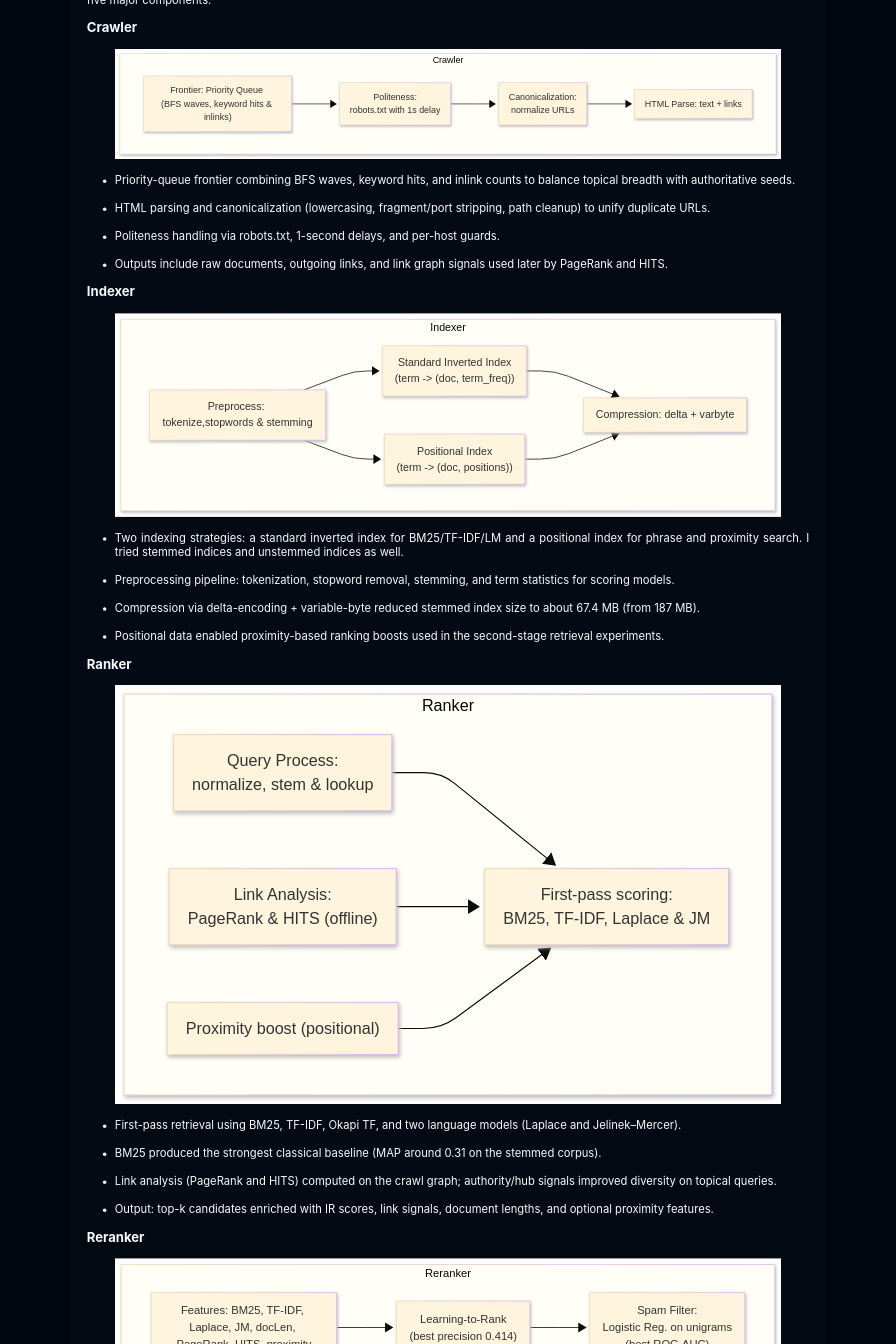
Repository: Abdulaziz-04/Abdulaziz-04.github.io
Page: deepdives/backend_systems/search_engine/search_engine.html
The author's editor kept a copy of each file at every save. The page is drawn from the files as they stood at one save, then again after the next save.
The browser window is 1280 px wide. The pictures show the part of the page from y = 1589 to 3509 px (the page is 6302 px tall before and 6322 px after), at 70% of full size.
A picture or video elsewhere on the page could not be fetched, so the positions and the page height are approximate.

Above is the page before, as saved 2025-11-21 21:09:09.

### deepdives/backend_systems/search_engine/search_engine.html
<!DOCTYPE html>
<html lang="en">
  <head>
    <meta charset="UTF-8" />
    <meta name="viewport" content="width=device-width, initial-scale=1" />
    <title>Full-Stack Search Engine: Crawl, Index, Rank, and Rerank</title>
    <link rel="stylesheet" href="../../../assets/css/styles.css" />
  </head>

  <body class="project-detail-page">
    <header class="detail-hero">
      <a class="category-back" href="../../../projects/backend_systems.html">
        &larr; Back to Projects
      </a>

      <p
        class="category-pill"
        onclick="window.location.href='../../../projects/backend_systems.html'"
      >
        Backend &amp; Distributed Logic
      </p>
      <br />

      <h1>Full-Stack Search Engine: Crawl, Index, Rank, and Rerank</h1>

      <p class="detail-summary">
        <b>
          Built an end-to-end search engine over a nuclear-safety corpus: custom
          crawler, compressed inverted indexes, classic IR ranking
          (TF-IDF/BM25/LM), graph algorithms (PageRank/HITS), vertical search UI
          with manual assessments, learning-to-rank, and ML-powered spam
          filtering.
        </b>
      </p>

      <p class="detail-summary">
        Part of CS 6200 Information Retrieval course at Northeastern: starting
        with baseline ranking, adding compression and proximity search, building
        a focused crawler, applying link analysis, running a vertical search
        assessment interface, experimenting with learning-to-rank, and closing
        with ML-based spam classification.
      </p>

      <ul class="detail-meta">
        <li>
          <strong>Tech Stack:</strong>
          Python, ElasticSearch, NumPy, scikit-learn, pandas, BeautifulSoup,
          multi-threading, custom inverted index storage
        </li>
      </ul>
    </header>

    <main class="section detail-content">
      <!-- HERO IMAGE -->
      <section class="detail-section detail-hero-gif">
        <figure class="gallery-item gallery-item--wide" style="max-width: none">
          <img
            src="./images/high_level.svg"
            alt="System architecture: crawler → indexer → ranker → reranker → UI"
            style="
              display: block;
              margin: 0 auto;
              width: 100%;
              max-width: 100%;
              height: auto;
            "
          />
          <figcaption style="text-align: center">
            High-level System Architecture
          </figcaption>
        </figure>
      </section>

      <!-- QUICK INSIGHTS -->
      <section class="detail-section">
        <h2>Quick insights</h2>
        <ul class="psr-list">
          <li>
            <strong>Goal:</strong>
            Build a demonstrable, end-to-end search stack covering crawling,
            indexing, ranking, evaluation, and ML reranking.
          </li>
          <br />
          <li>
            <strong>A1 – Baseline Ranking:</strong> Implemented TF-IDF,
            Okapi-TF, BM25, and two Language Models (Laplace, Jelinek-Mercer) on
            a stemmed corpus from scratch. <br /><br />
            <b>Key metric:</b> BM25 Mean Average Precision ≈ <b>0.31</b> based
            on trec_eval.
          </li>
          <br />
          <li>
            <strong>A2 – Index Compression &amp; Proximity:</strong> Built
            compressed inverted indexes and positional lists to enable
            phrase/proximity search. <br /><br />
            <b>Key metric:</b> Compressed index size <b>67.4&nbsp;MB</b> (down
            from 187&nbsp;MB).
          </li>
          <br />
          <li>
            <strong>A3 – Focused Crawler:</strong> Multi-threaded Priority-queue
            frontier expanding based on BFS algorithm, keyword hits, and inlink
            counts with full canonicalization and politeness. <br /><br />
            <b>Key metric:</b>
            The topic of crawling was Nuclear accidents covering different
            incidents such as Hiroshima-Nagasaki, Three-mile island, Kshytm
            disaster.
            <br />
            Collected over 160,000 documents with robots.txt compliance and a
            1-second inter-request delay.
          </li>
          <br />
          <li>
            <strong>A4 – Link Analysis:</strong> Computed PageRank and HITS over
            the custom crawled dataset to add authority/hub signals for
            reranking and getting better search results. <br />
            <br />
            <b>Key metric:</b> Convergence verified via
            <b>Shannon-entropy</b> stabilization across iterations.
          </li>
          <br />
          <li>
            <strong>A5 – Vertical Search UI &amp; Labels:</strong> Built an
            assessment interface for nuclear event queries with 3-point
            relevance judgments (0/1/2). <br />
            <br />
            <b>Key metric:</b> Collected <b>graded labels</b> enabling
            trec_eval-style scoring and LTR training.
          </li>
          <br />
          <li>
            <strong>A6 – Learning-to-Rank:</strong> Trained on features from
            five IR models plus document length; evaluated on held-out queries.
            <br />
            <br />
            <b>Key metric:</b> Best test precision <b>0.414</b>.
          </li>
          <br />
          <li>
            <strong>A7 – Spam Classification:</strong> Compared manual lexicon
            features vs full unigrams using Logistic Regression, Decision Tree,
            and Multinomial NB. <br />
            <br />
            <b>Key metric:</b> Highest <b>ROC-AUC</b> with Logistic Regression
            on <b>unigrams</b>.
          </li>
        </ul>
      </section>
      <!-- SYSTEM OVERVIEW (Merged + De-duplicated) -->
      <section class="detail-section detail-overview">
        <h2>System overview</h2>
        <p>
          The system is a full retrieval pipeline built across seven assignments
          starting with traditional ranking models, adding indexing and
          proximity search, introducing a focused crawler with link analysis,
          finishing with a vertical search interface, learning-to-rank, and spam
          filtering. This section consolidates both the system architecture and
          the design choices behind each stage, structured cleanly across its
          five major components.
        </p>

        <!-- CRAWLER -->
        <h3>Crawler</h3>
        <figure class="gallery-item gallery-item--wide">
          <img src="./images/crawler.svg" alt="Focused crawler architecture" />
        </figure>
        <ul>
          <li>
            Priority-queue frontier combining BFS waves, keyword hits, and
            inlink counts to balance topical breadth with authoritative seeds.
          </li>
          <br />
          <li>
            HTML parsing and canonicalization (lowercasing, fragment/port
            stripping, path cleanup) to unify duplicate URLs.
          </li>
          <br />
          <li>
            Politeness handling via robots.txt, 1-second delays, and per-host
            guards.
          </li>
          <br />
          <li>
            Outputs include raw documents, outgoing links, and link graph
            signals used later by PageRank and HITS.
          </li>
        </ul>

        <!-- INDEXER -->
        <h3>Indexer</h3>
        <figure class="gallery-item gallery-item--wide">
          <img
            src="./images/indexer.svg"
            alt="Indexer architecture with standard and positional indexes"
          />
        </figure>
        <ul>
          <li>
            Two indexing strategies: a standard inverted index for
            BM25/TF-IDF/LM and a positional index for phrase and proximity
            search. I tried stemmed indices and unstemmed indices as well.
          </li>
          <br />
          <li>
            Preprocessing pipeline: tokenization, stopword removal, stemming,
            and term statistics for scoring models.
          </li>
          <br />
          <li>
            Compression via delta-encoding + variable-byte reduced stemmed index
            size to about 67.4 MB (from 187 MB).
          </li>
          <br />
          <li>
            Positional data enabled proximity-based ranking boosts used in the
            second-stage retrieval experiments.
          </li>
        </ul>

        <!-- RANKER -->
        <h3>Ranker</h3>
        <figure class="gallery-item gallery-item--wide">
          <img
            src="./images/ranker.svg"
            alt="Ranking stage including BM25, LM, proximity, PageRank/HITS"
          />
        </figure>
        <ul>
          <li>
            First-pass retrieval using BM25, TF-IDF, Okapi TF, and two language
            models (Laplace and Jelinek–Mercer).
          </li>
          <br />
          <li>
            BM25 produced the strongest classical baseline (MAP around 0.31 on
            the stemmed corpus).
          </li>
          <br />
          <li>
            Link analysis (PageRank and HITS) computed on the crawl graph;
            authority/hub signals improved diversity on topical queries.
          </li>
          <br />
          <li>
            Output: top-k candidates enriched with IR scores, link signals,
            document lengths, and optional proximity features.
          </li>
        </ul>

        <!-- RERANKER -->
        <h3>Reranker</h3>
        <figure class="gallery-item gallery-item--wide">
          <img
            src="./images/reranker.svg"
            alt="Learning-to-rank and spam filtering architecture"
          />
        </figure>
        <ul>
          <li>
            Learning-to-rank experiments used combined IR features (BM25,
            TF-IDF, LM scores), link features (PageRank/HITS), and document
            length.
          </li>
          <br />
          <li>
            Best precision reached ≈0.414 on held-out queries after tuning and
            evaluation through the vertical search judgments.
          </li>
          <br />
          <li>
            Spam filtering with unigrams and heuristics compared Logistic
            Regression, Decision Trees, and Multinomial NB. Logistic Regression
            with full unigrams achieved the strongest ROC-AUC.
          </li>
        </ul>

        <!-- SEARCH UI -->
        <h3>Search engine UI</h3>
        <figure class="gallery-item gallery-item--wide">
          <img
            src="./images/ui.svg"
            alt="Search UI for nuclear-accident retrieval"
          />
        </figure>
        <ul>
          <li>
            Vertical search interface allowed labeling results on a 0/1/2
            relevance scale where 0 is the most relevant, feeding a
            trec_eval-like loop for Mean Average Precision (MAP), Precision@K,
            and nDCG (Normalized Discounted Cumulative Gain) analysis.
          </li>
          <br />
          <li>
            Snippets displayed BM25 scores, titles, and highlighted query terms
            to support manual assessments.
          </li>
          <br />
          <li>
            Labeled data powered the learning-to-rank stage, serving as the
            bridge between classical retrieval and machine-learning reranking.
          </li>
        </ul>
      </section>

      <!-- RESPONSE EXAMPLES GALLERY -->
      <section class="detail-section detail-gallery">
        <h2>Sample outputs</h2>
        <div class="gallery-row gallery-row--two">
          <figure class="gallery-item">
            <a href="./images/search-results-placeholder.png" target="_blank">
              <img
                src="./images/search-results-placeholder.png"
                alt="Search results list with highlights and BM25 scores"
              />
            </a>
            <figcaption>
              BM25-ranked results with snippet highlights and scores.
            </figcaption>
          </figure>

          <figure class="gallery-item">
            <a href="./images/index-stats-placeholder.png" target="_blank">
              <img
                src="./images/index-stats-placeholder.png"
                alt="Index size comparison: compressed vs decompressed"
              />
            </a>
            <figcaption>
              Index size and proximity index metrics (67.4 MB compressed vs. 187
              MB decompressed stemmed).
            </figcaption>
          </figure>
        </div>

        <div class="gallery-row gallery-row--two">
          <figure class="gallery-item">
            <a href="./images/ltr-placeholder.png" target="_blank">
              <img
                src="./images/ltr-placeholder.png"
                alt="Learning-to-rank precision chart"
              />
            </a>
            <figcaption>
              Learning-to-rank precision curve; best test precision 0.414.
            </figcaption>
          </figure>

          <figure class="gallery-item">
            <a href="./images/spam-roc-placeholder.png" target="_blank">
              <img
                src="./images/spam-roc-placeholder.png"
                alt="ROC curve for spam classifier"
              />
            </a>
            <figcaption>
              Spam classifier ROC-AUC: Logistic with full unigrams leads.
            </figcaption>
          </figure>
        </div>
      </section>

      <!-- EDGE CASES & ROBUSTNESS -->
      <section class="detail-section">
        <h2>Edge cases and robustness</h2>
        <p>
          Focused on correctness and resilience across crawling, parsing, and
          scoring.
        </p>

        <ul>
          <li>
            <b>Canonicalization &amp; politeness:</b>
            Lowercasing, port stripping, fragment removal, duplicate slash
            cleanup; robots.txt honored; 1s inter-request delay; single-request
            per URL guard.
          </li>
          <br />
          <li>
            <b>Frontier fairness:</b>
            Priority queue blends BFS wave number, keyword hits, and inlink
            counts to avoid topic drift and reward authoritative seeds.
          </li>
          <br />
          <li>
            <b>Query parsing:</b>
            Token normalization, length normalization; language models tuned for
            sensitivity; BM25 for stability on sparse queries.
          </li>
          <br />
          <li>
            <b>Assessment UX:</b>
            Relevance dropdown prevents empty labels; results persisted on
            submit; clickable URLs to verify content before rating.
          </li>
          <br />
          <li>
            <b>Model sanity checks:</b>
            Compared manual spam features vs. full vocab to avoid underfitting;
            monitored over/underfit via precision bounds.
          </li>
        </ul>
      </section>

      <!-- SCALING & FUTURE ENHANCEMENTS -->
      <section class="detail-section">
        <h2>Scaling and future enhancements</h2>
        <p>Ready to grow from coursework to production-grade demo.</p>

        <ul>
          <li>
            <b>Sharding &amp; cache:</b>
            Shard the index by domain/time; add postings and query result cache
            (Redis) to reduce P95 latency.
          </li>
          <br />
          <li>
            <b>Reranking depth:</b>
            Introduce XGBoost with expanded features (PageRank, HITS, click
            priors) and cross-validation over query folds.
          </li>
          <br />
          <li>
            <b>Quality signals:</b>
            Add autocomplete with prefix tries, spell correction via k-grams and
            snippet generator with positional windows.
          </li>
          <br />
          <li>
            <b>Deployment:</b>
            Containerize crawler, indexer, API, and UI; use docker-compose for a
            single-node demo; add health checks and telemetry.
          </li>
          <br />
          <li>
            <b>Spam hardening:</b>
            Add character n-grams for obfuscation, URL reputation features, and
            threshold tuning for precision/recall trade-offs.
          </li>
        </ul>
      </section>

      <!-- IMPACT & LEARNINGS -->
      <section class="detail-section detail-impact">
        <h2>Impact and learnings</h2>
        <ul>
          <li>
            <b>IR depth:</b>
            Got the opportunity to design ElasticSearch from scratch and
            hands-on with classic retrieval models, proximity, compression, and
            graph algorithms, understanding when BM25 beats LMs and how link
            signals diversify results.
          </li>
          <br />
          <li>
            <b>Evaluation mindset:</b>
            Built a full relevance loop: manual labels, trec_eval metrics,
            precision tracking, and feature-driven LTR gains.
          </li>
          <br />
          <li>
            <b>ML integration:</b>
            Combined sparse text features with traditional IR scores; compared
            manual heuristics vs. data-driven vocabularies for spam detection.
          </li>
          <br />
          <li>
            <b>Systems thinking:</b>
            From crawling politeness to storage trade-offs, every stage is
            modular and independently testable for clearer scaling paths.
          </li>
        </ul>
      </section>
    </main>
  </body>
</html>

Loaded but not shown: assets/css/styles.css (941 lines, source omitted)

After the next save:
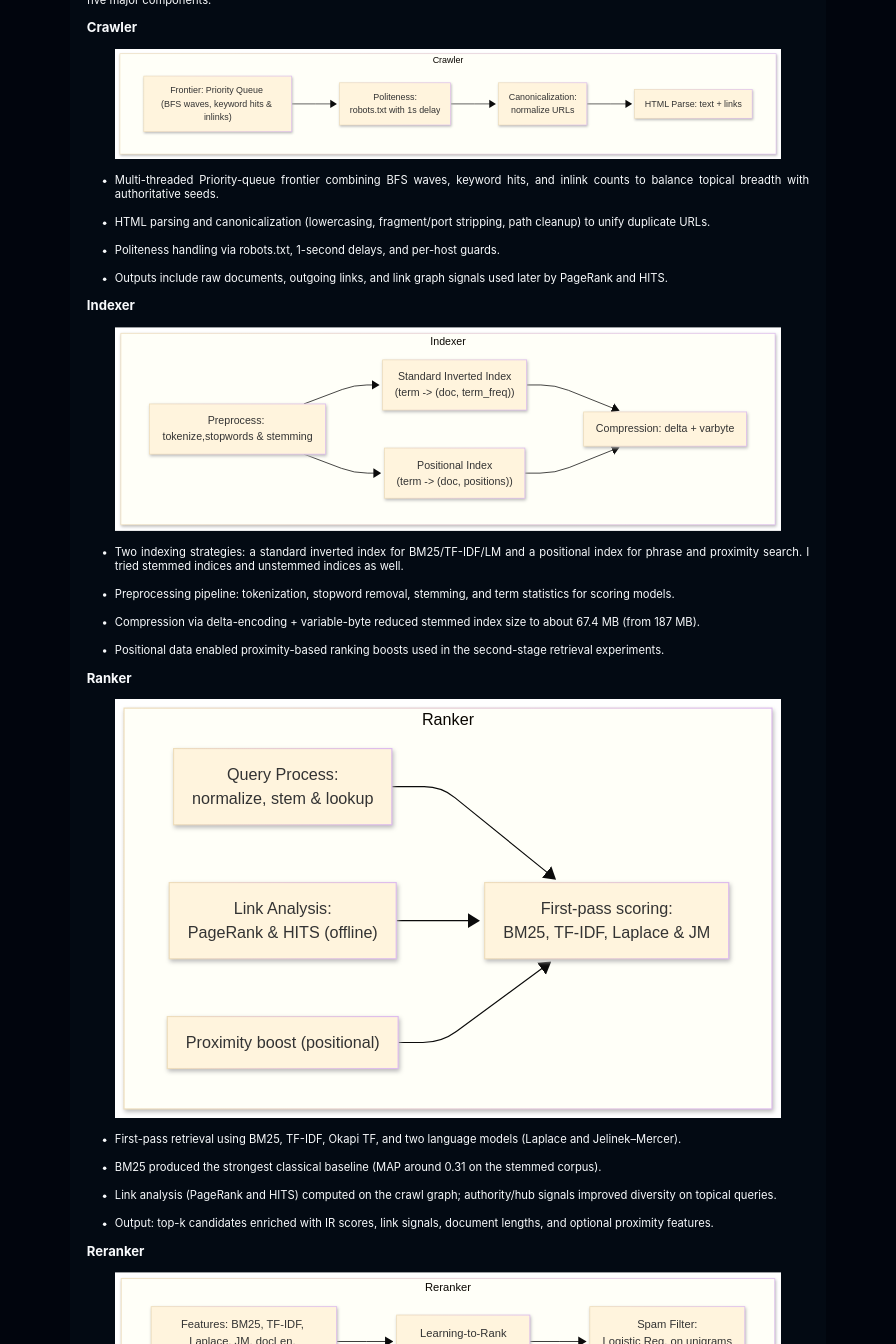
Saved 49 s later.
--- a/deepdives/backend_systems/search_engine/search_engine.html
+++ b/deepdives/backend_systems/search_engine/search_engine.html
@@ -166,8 +166,9 @@
         </figure>
         <ul>
           <li>
-            Priority-queue frontier combining BFS waves, keyword hits, and
-            inlink counts to balance topical breadth with authoritative seeds.
+            Multi-threaded Priority-queue frontier combining BFS waves, keyword
+            hits, and inlink counts to balance topical breadth with
+            authoritative seeds.
           </li>
           <br />
           <li>
